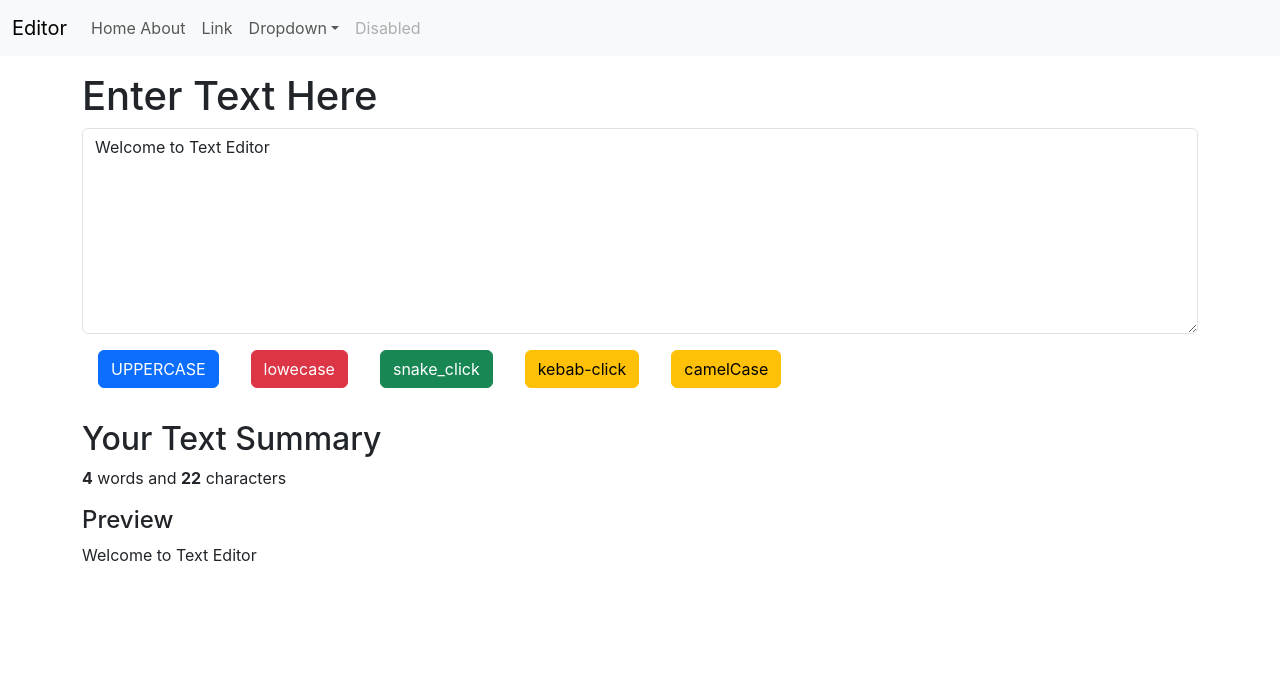
Repository: Shubham-tawar/Text-editor
Page: /
These files come from the project's save history. The page is drawn as it stood at one moment and after a run of saves; the edit follows.
The browser window is 1280 px wide. The pictures show the whole page.
The project was rebuilt for these pictures with package versions that can differ from the ones it lists, and the page was loaded fresh each time. Also part of the build but not shown: src/App.css.

Above is the page before, as saved 2025-07-07 20:51:46.

After the next 4 saves:
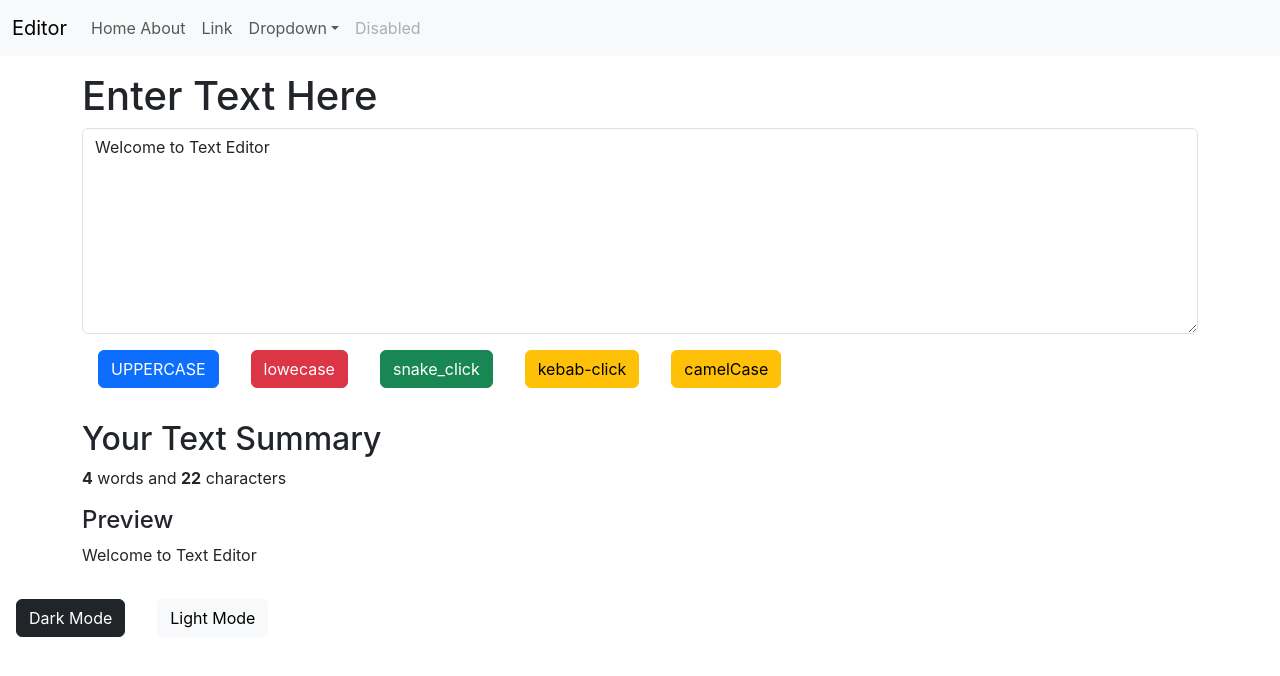
The 4 saves are shown as one change because they came seconds apart.
The last was saved 15 s later.
--- a/src/App.js
+++ b/src/App.js
@@ -1,5 +1,6 @@
 
 import './App.css';
+import Darktheme from './components/Darktheme';
 import Navbar from './components/Navbar';
 import Textform from './components/Textform';
 
@@ -8,7 +9,7 @@ function App() {
     <>
     <Navbar title="Editor" aboutText="About"/>
     <Textform heading = "Enter Text Here"/>
-
+    <Darktheme />
     </>
   );
 }
